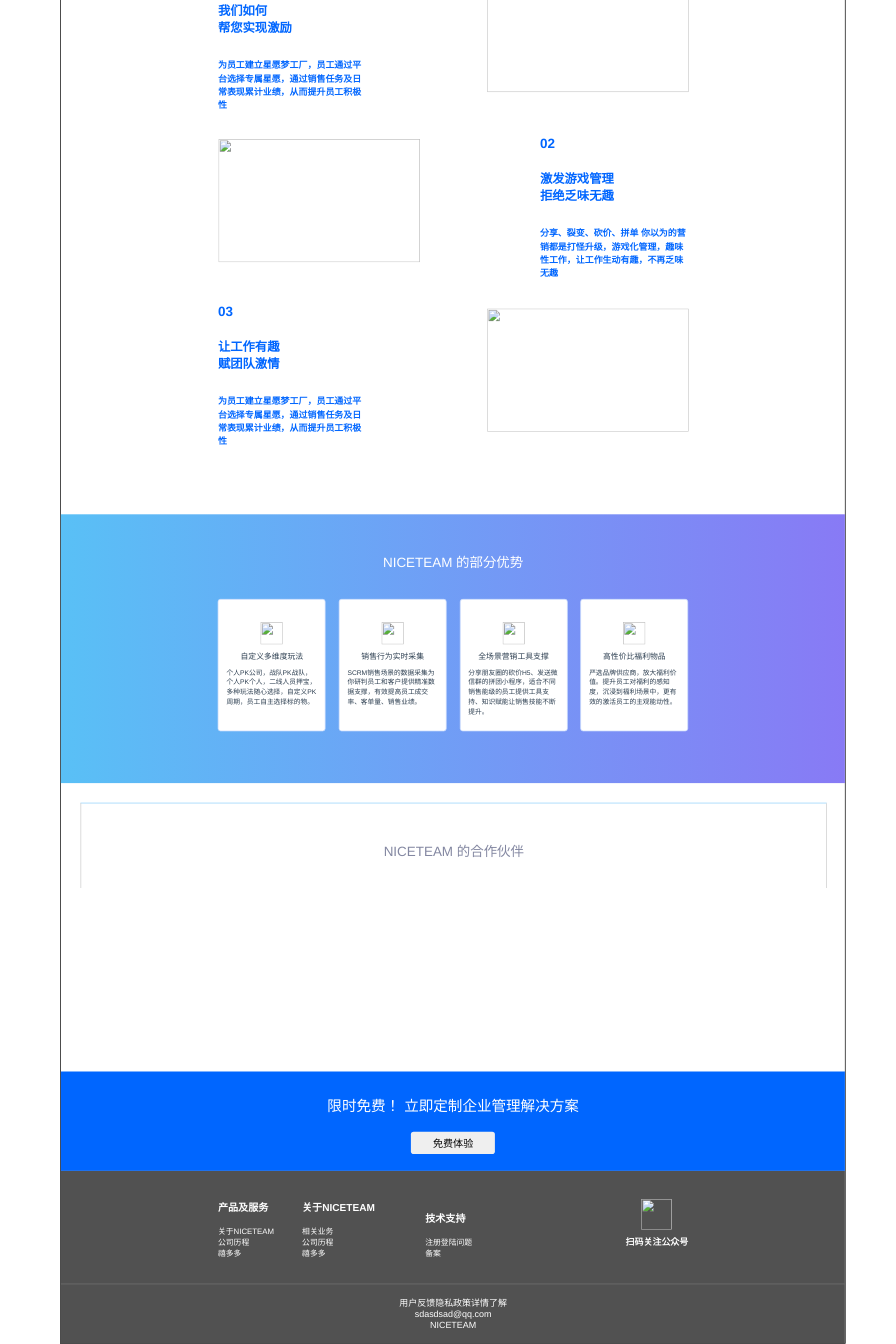
Repository: Alex-2020-0211/xrkj-guanwang
Page: / (app in src/)
An editor plug-in stored every save of this project. The page is shown before and after the next save, followed by the edit.
The browser window is 1280 px wide. The pictures show the part of the page from y = 1114 to 3034 px (the page is 3034 px tall), at 70% of full size.
The project was rebuilt for these pictures with package versions that can differ from the ones it lists, and the page was loaded fresh each time. Imported but missing from the stored project, and not drawn on this page: src/src/views/About.vue.

Above is the page before, as saved 2021-01-04 11:43:21.

### src/public/index.html
<!DOCTYPE html>
<html lang="en">
  <head>
    <meta charset="utf-8">
    <meta http-equiv="X-UA-Compatible" content="IE=edge">
    <meta name="viewport" content="width=device-width,initial-scale=1.0">
    <link rel="icon" href="<%= BASE_URL %>favicon.ico">
    <title><%= htmlWebpackPlugin.options.title %></title>
  </head>
  <body>
    <noscript>
      <strong>We're sorry but <%= htmlWebpackPlugin.options.title %> doesn't work properly without JavaScript enabled. Please enable it to continue.</strong>
    </noscript>
    <div id="app"></div>
    <!-- built files will be auto injected -->
  </body>
  <script>
    (function(){
      var html = document.documentElement;
      function onWindowResize(){
        html.style.fontSize = html.getBoundingClientRect().width / 16 + 'px';
      }
      window.addEventListener('resize',onWindowResize);
      onWindowResize();
    })();
  </script>
</html>

### src/src/main.js
import Vue from 'vue'
import ElementUI from 'element-ui'
import App from './App.vue'
import router from './router'
import store from './store'

import "../src/assets/css/reset.css"

Vue.config.productionTip = false

new Vue({
  router,
  store,
  render: h => h(App)
}).$mount('#app')

### src/src/App.vue
<template>
  <div id="app" v-cloak>
    <router-view />
  </div>
</template>

<style lang="scss">
[v-cloak] {
  display: none !important;
}
#app {
  font-family: Avenir, Helvetica, Arial, sans-serif;
  -webkit-font-smoothing: antialiased;
  -moz-osx-font-smoothing: grayscale;
  text-align: center;
  color: #2c3e50;
}
</style>

### src/src/assets/css/reset.css
html {
    overflow-x: auto;
    overflow-y: scroll;
}

body,
dl,
dt,
dd,
ul,
ol,
li,
pre,
form,
fieldset,
input,
p,
blockquote,
th,
td {
    font-weight: 400;
    margin: 0;
    padding: 0;
}

h1,
h2,
h3,
h4,
h4,
h5 {
    margin: 0;
    padding: 0;
}

body {
    background-color: #FFFFFF;
    color: #666666;
    font-family: Helvetica, Arial, sans-serif;
    font-size: 12px;
    padding: 0 10px;
    text-align: left;
}

select {
    font-size: 12px;
}

table {
    border-collapse: collapse;
}

fieldset,
img {
    border: 0 none;
}

fieldset {
    margin: 0;
    padding: 0;
}

fieldset p {
    margin: 0;
    padding: 0 0 0 8px;
}

legend {
    display: none;
}

address,
caption,
em,
strong,
th,
i {
    font-style: normal;
    font-weight: 400;
}

table caption {
    margin-left: -1px;
}

hr {
    border-bottom: 1px solid #FFFFFF;
    border-top: 1px solid #E4E4E4;
    border-width: 1px 0;
    clear: both;
    height: 2px;
    margin: 5px 0;
    overflow: hidden;
}

ol,
ul {
    list-style-image: none;
    list-style-position: outside;
    list-style-type: none;
}

caption,
th {
    text-align: left;
}

q:before,
q:after,
blockquote:before,
blockquote:after {
    content: ””;
}

### src/src/views/Home.vue
<template>
  <div class="home">
    <!-- 边框 -->
    <div class="border">
      <!-- 头部 -->
      <Header></Header>
      <!-- 介绍 -->
      <div class="introduce">
        <dl>
          <dt>应用价值</dt>
          <dd>VALUE</dd>
        </dl>
        <div class="content">
          <div class="container">
            <div class="item" @mouseenter="mouseenter()">
              <p class="circle"></p>
              <title>弹性福利</title>
              <p class="describe1">好的员工</p>
              <p class="describe1">是夸出来的</p>
            </div>
            <div class="item2" v-show="isDetail" @mouseleave="mouseleave()">
              <title>弹性福利</title>
              <p class="line"></p>
              <p class="detail">
                根据员工工作日常表现发放福利，员工选择心仪礼物，降低激励成本，提高激励效果
              </p>
            </div>
            <div class="item">
              <p class="circle"></p>
              <title>智能获客</title>
              <p class="describe2">最好的广告是口口相传</p>
            </div>
            <div class="item">
              <p class="circle"></p>
              <title>销售激励</title>
              <p class="describe3">让工作如此有趣真是不好意思</p>
            </div>
          </div>
        </div>
      </div>
      <!-- 方法原理 -->
      <div class="way">
        <div class="wayHeader">
          <h3>销售管理就选 NICETEAM</h3>
          <p>
            <span>高效协作</span> | <span>有效裂变</span> |
            <span>免费注册下载</span>
          </p>
        </div>
        <div class="means">
          <span class="sort">01</span>
          <p>我们如何</p>
          <p>帮您实现激励</p>
          <p class="star">
            为员工建立星愿梦工厂，员工通过平台选择专属星愿，通过销售任务及日常表现累计业绩，从而提升员工积极性
          </p>
        </div>
        <img class="img" src="" alt="" />
        <div class="means">
          <span class="sort" style="margin-left: 5.75rem;">02</span>
          <p style="margin-left: 5.75rem; width:2rem;">激发游戏管理</p>
          <p style="margin-left: 5.75rem; width:2rem;">拒绝乏味无趣</p>
          <p class="star" style="margin-left: 5.75rem;">
            分享、裂变、砍价、拼单
            你以为的营销都是打怪升级，游戏化管理，趣味性工作，让工作生动有趣，不再乏味无趣
          </p>
        </div>
        <img class="img" src="" alt="" style="top: 16.41rem; right: 8.5rem;" />
        <div class="means">
          <span class="sort">03</span>
          <p>让工作有趣</p>
          <p>赋团队激情</p>
          <p class="star">
            为员工建立星愿梦工厂，员工通过平台选择专属星愿，通过销售任务及日常表现累计业绩，从而提升员工积极性
          </p>
        </div>
        <img class="img" src="" alt="" style="top: 19.44rem;" />
      </div>
      <!-- 优势 -->
      <div class="advantage">
        <h5>NICETEAM 的部分优势</h5>
        <div class="advan">
          <div class="box">
            <img src="" alt="" />
            <dl>
              <dt>自定义多维度玩法</dt>
              <dd>
                个人PK公司，战队PK战队，个人PK个人，二线人员押宝，多种玩法随心选择，自定义PK周期，员工自主选择标的物。
              </dd>
            </dl>
          </div>
          <div class="box">
            <img src="" alt="" />
            <dl>
              <dt>销售行为实时采集</dt>
              <dd>
                SCRM销售场景的数据采集为你研判员工和客户提供精准数据支撑，有效提高员工成交率、客单量、销售业绩。
              </dd>
            </dl>
          </div>
          <div class="box">
            <img src="" alt="" />
            <dl>
              <dt>全场景营销工具支撑</dt>
              <dd>
                分享朋友圈的砍价H5、发送微信群的拼团小程序，适合不同销售能级的员工提供工具支持、知识赋能让销售技能不断提升。
              </dd>
            </dl>
          </div>
          <div class="box">
            <img src="" alt="" />
            <dl>
              <dt>高性价比福利物品</dt>
              <dd>
                严选品牌供应商，放大福利价值。提升员工对福利的感知度，沉浸到福利场景中，更有效的激活员工的主观能动性。
              </dd>
            </dl>
          </div>
        </div>
      </div>
      <!-- 合作伙伴 -->
      <div class="partners">
        <div class="friend">
          <h5>NICETEAM 的合作伙伴</h5>
        </div>
      </div>
      <!-- 底部 -->
      <div class="footer">
        <div class="footerTop">
          <h5>限时免费！ 立即定制企业管理解决方案</h5>
          <button>免费体验</button>
        </div>
        <div class="footerBottom">
          <div class="detail">
            <div class="left">
              <dl>
                <dt>产品及服务</dt>
                <dd>关于NICETEAM</dd>
                <dd>公司历程</dd>
                <dd>禧多多</dd>
              </dl>
              <dl>
                <dt>关于NICETEAM</dt>
                <dd>相关业务</dd>
                <dd>公司历程</dd>
                <dd>禧多多</dd>
              </dl>
              <dl class="jishu">
                <dt>技术支持</dt>
                <dd>注册登陆问题</dd>
                <dd style="padding-bottom: 0.2rem;">备案</dd>
                <dd></dd>
              </dl>
            </div>
            <div class="right">
              <img src="" alt="" />
              <p>扫码关注公众号</p>
            </div>
          </div>
          <p class="line"></p>
          <div class="bottom">
            <dl>
              <dt><span>用户反馈</span><span>隐私政策</span><span>详情了解</span></dt>
              <dd>sdasdsad@qq.com</dd>
            </dl>
            <p><img src="" alt=""><span>NICETEAM</span></p>
          </div>
        </div>
      </div>
    </div>
  </div>
</template>

<script>
// @ is an alias to /src
import Header from "../components/Header";

export default {
  name: "Home",
  components: {
    Header,
  },
  data() {
    return {
      isDetail: false,
    };
  },
  methods: {
    mouseenter() {
      console.log("111");
      this.isDetail = true;
    },
    mouseleave() {
      console.log("222");
      this.isDetail = false;
    },
  },
};
</script>

<style lang="scss" scoped>
.home {
  font-size: 0.16rem;
  .border {
    width: 88.88%;
    margin-top: 0.5rem;
    margin-left: 6.06%;
    border: 0.01rem solid #000;

    // 介绍
    .introduce {
      width: 100%;
      height: 5.5rem;
      dl {
        margin-top: 0.6rem;
        dt {
          font-size: 0.24rem;
          font-weight: bold;
          letter-spacing: 0.03rem;
          margin-bottom: 0.13rem;
        }
        dd {
          font-size: 0.18rem;
          font-weight: bold;
        }
      }
      .content {
        width: 60%;
        margin-left: 20%;
        margin-top: 0.6rem;
        .container {
          display: flex;
          justify-content: space-between;
          overflow: hidden;
          background-color: #fff;
          z-index: 999;
          .item {
            width: 2.25rem;
            height: 2.8rem;
            border: 0.01rem solid #ccc;
            border-radius: 0.15rem;
            .circle {
              width: 0.66rem;
              height: 0.66rem;
              margin-left: 0.79rem;
              margin-top: 0.46rem;
              margin-bottom: 0.15rem;
              border: 0.01rem solid rgb(78, 56, 56);
              border-radius: 50%;
            }
            title {
              display: block;
              letter-spacing: 0.01rem;
              margin-bottom: 0.5rem;
            }
            .describe1 {
              width: 0.8rem;
              margin-left: 0.725rem;
            }
            .describe2 {
              width: 0.8rem;
              margin-left: 0.725rem;
            }
            .describe3 {
              width: 1.2rem;
              margin-left: 0.525rem;
            }
          }
          @keyframes myfirst {
            from {
              top: 9.67rem;
            }
            to {
              top: 6.87rem;
            }
          }

          @-moz-keyframes myfirst {
            from {
              top: 9.67rem;
            }
            to {
              top: 6.87rem;
            }
          }

          @-webkit-keyframes myfirst {
            from {
              top: 9.67rem;
            }
            to {
              top: 6.87rem;
            }
          }

          @-o-keyframes myfirst {
            from {
              top: 9.67rem;
            }
            to {
              top: 6.87rem;
            }
          }
          .item2 {
            width: 2.25rem;
            height: 2.8rem;
            border: 0.01rem solid #ccc;
            border-radius: 0.15rem;
            color: #fff;
            background-color: #06f;
            position: absolute;
            left: 3.87rem;
            animation: myfirst 1s;
            z-index: 1;
            title {
              display: block;
              letter-spacing: 0.01rem;
              margin-top: 0.7rem;
              margin-bottom: 0.2rem;
              margin-left: 0.4rem;
              text-align: left;
            }
            .line {
              width: 0.5rem;
              border-bottom: 0.02rem solid #fff;
              margin-left: 0.4rem;
              margin-bottom: 0.2rem;
            }
            .detail {
              width: 1.4rem;
              text-align: left;
              margin-left: 0.4rem;
            }
          }
        }
      }
    }
    // 方法原理
    .way {
      height: 12rem;
      .wayHeader {
        height: 1.65rem;
        color: #fff;
        background-color: #06f;
        h3 {
          font-size: 0.24rem;
          padding-top: 0.4rem;
          padding-bottom: 0.27rem;
        }
        p {
          color: rgb(233, 229, 229);
          font-size: 0.2rem;
        }
      }
      .means {
        width: 60%;
        height: 2.4rem;
        margin-left: 20%;
        margin-top: 0.6rem;
        color: #06f;
        text-align: left;
        .sort {
          font-size: 0.24rem;
          font-weight: bold;
          display: block;
          margin-bottom: 0.3rem;
        }
        p {
          font-size: 0.22rem;
          font-weight: bold;
        }
        .star {
          width: 2.61rem;
          margin-top: 0.4rem;
          font-size: 0.16rem;
        }
      }
      .img {
        width: 3.6rem;
        height: 2.2rem;
        position: absolute;
        top: 13.38rem;
        right: 3.7rem;
      }
    }
    // 优点
    .advantage {
      width: 100%;
      height: 4.8rem;
      background: linear-gradient(to right, #59c0f6, #887af5);
      h5 {
        color: #fff;
        font-size: 0.24rem;
        font-weight: normal;
        padding-top: 0.66rem;
        padding-bottom: 0.5rem;
      }
      .advan {
        display: flex;
        width: 60%;
        margin-left: 20%;
        justify-content: space-between;
        .box {
          width: 1.9rem;
          height: 2.34rem;
          background-color: #fff;
          border-radius: 0.05rem;
          border: 0.02rem solid #cfdffd;
          // box-shadow: 5px 5px 3px #ccc;
          img {
            width: 0.4rem;
            height: 0.4rem;
            margin-top: 0.4rem;
            margin-bottom: 0.1rem;
          }
          dl {
            dt {
              font-size: 0.14rem;
              margin-bottom: 0.1rem;
            }
            dd {
              width: 85%;
              margin-left: 7.5%;
              font-size: 0.12rem;
              text-align: left;
            }
          }
        }
      }
    }
    // 合作伙伴
    .partners {
      height: 4.8rem;
      .friend {
        width: 95%;
        margin-left: 2.5%;
        margin-top: 2.5%;
        border-top: 0.02rem solid #90cffa;
        border-left: 0.01rem solid #ccc;
        border-right: 0.01rem solid #ccc;
        h5 {
          color: #8387a1;
          font-size: 0.24rem;
          font-weight: normal;
          padding-top: 0.66rem;
          padding-bottom: 0.5rem;
        }
      }
    }
    // 底部
    .footer{
      height: 4.85rem;
      .footerTop{
        height: 1.78rem;
        background-color: #06f;
        h5{
          font-size: 0.26rem;
          font-weight: normal;
          color: #fff;
          padding-top: 0.4rem;
          padding-bottom: 0.3rem;
        }
        button{
          // display: flex;
          width: 1.5rem;
          height: 0.4rem;
          line-height: 0.4rem;
          font-size: 0.18rem;
          border: 0;
          border-radius: 0.05rem;
        }
      }
      .footerBottom{
        height: 3.07rem;
        background-color: #515151;
        color: #fff;
        .detail{
          width: 60%;
          margin-left: 20%;
          padding-top: 0.5rem;
          display: flex;
          justify-content: space-between;
          .left{
            dl{
              display: inline-block;
              margin-right: 0.5rem;
              dt{
                font-weight: bold;
                font-size: 0.18rem;
                text-align: left;
                margin-bottom: 0.2rem;
              }
              dd{
                text-align: left;
                font-size: 0.14rem;
              }
            }
            .jishu{
              margin-left: 0.4rem;
            }
          }
          .right{
            img{
              width: 0.55rem;
              height: 0.55rem;
            }
            p{
              font-weight: bold;
              margin-top: 0.05rem;
            }
          }
        }
        .line{
          border-bottom: 0.02rem solid #727272;
          margin-top: 0.25rem;
          margin-bottom: 0.2rem;
        }
      }
    }
  }
}
</style>

### src/src/components/Header.vue
<template>
  <div class="header">
    <div class="headerTop">
      <p class="bar">
        <img class="logo" src="../assets/img/logo.png" alt />
        <a>首页</a>
        <a>产品介绍</a>
        <a>解决方案</a>
        <a>客户案例</a>
        <a>关于</a>
      </p>
      <button class="tiyan">免费体验</button>
    </div>
    <div class="headerMain">
      <div class="theme">
        <dl>
          <dt>游戏化管理平台</dt>
          <dd>销售团队弹性激励</dd>
        </dl>
        <p class="jianjie">
          NICETEAM:
          一个促进全员销售的员工激励平台，让销售更轻松，让管理更高效，让工作更有趣
        </p>
        <button class="knowMore">立即了解</button>
      </div>
      <img class="mainImg" src="" alt />
    </div>
  </div>
</template>

<script>
export default {
  name: "Header",
  props: {},
  data() {},
  methods: {},
};
</script>

<!-- Add "scoped" attribute to limit CSS to this component only -->
<style scoped lang="scss">
// 头部
.header {
  width: 100%;
  height: 4.5rem;
  color: #fff;
  background-color: #06f;
  .headerTop {
    width: 60%;
    margin-left: 20%;
    padding-top: 0.3rem;
    display: flex;
    justify-content: space-around;
    align-items: center;
    .logo {
      width: 0.7rem;
      height: 0.55rem;
    }
    .bar {
      width: 60%;
      font-weight: bold;
      display: flex;
      justify-content: space-around;
      align-items: center;
    }
    .tiyan {
      width: 1rem;
      height: 0.3rem;
      color: #fff;
      border: 0.01rem solid #fff;
      border-radius: 0.05rem;
      background-color: #7fb2ff;
    }
  }
  .headerMain {
    width: 60%;
    height: 2.7rem;
    margin-top: 0.35rem;
    margin-left: 20%;
    display: flex;
    justify-content: space-between;
    .theme {
      height: 100%;
      display: flex;
      flex-direction: column;
      justify-content: space-between;
      dl {
        dt {
          font-size: 0.2rem;
          font-weight: bold;
          text-align: left;
          margin-bottom: 0.03rem;
        }
        dd {
          text-align: left;
        }
      }
      .jianjie {
        width: 3rem;
        text-align: left;
      }
      .knowMore {
        width: 1.5rem;
        height: 0.5rem;
        color: #fff;
        font-size: 0.18rem;
        letter-spacing: 0.02rem;
        background-color: #f63;
        border: 0;
        border-radius: 0.05rem;
      }
    }
    .mainImg {
      width: 3.8rem;
      height: 2.7rem;
    }
  }
}
</style>

Loaded but not shown: src/src/router/index.js (common file); src/src/store/index.js (no copy from this time; the picture is the same without it)

After the next save:
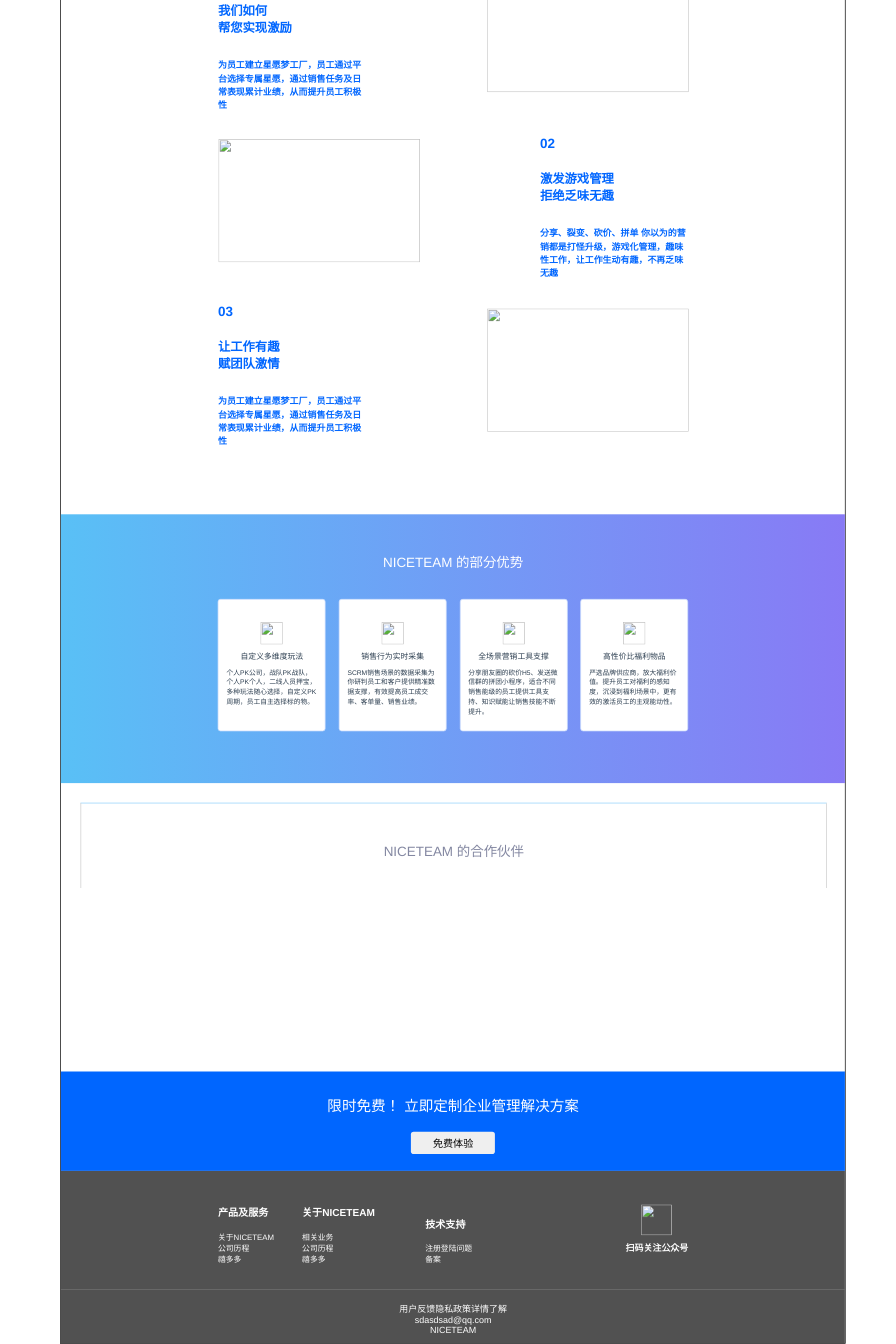
Saved 16 s later.
--- a/src/src/views/Home.vue
+++ b/src/src/views/Home.vue
@@ -477,7 +477,7 @@
         .detail{
           width: 60%;
           margin-left: 20%;
-          padding-top: 0.5rem;
+          padding-top: 0.6rem;
           display: flex;
           justify-content: space-between;
           .left{
